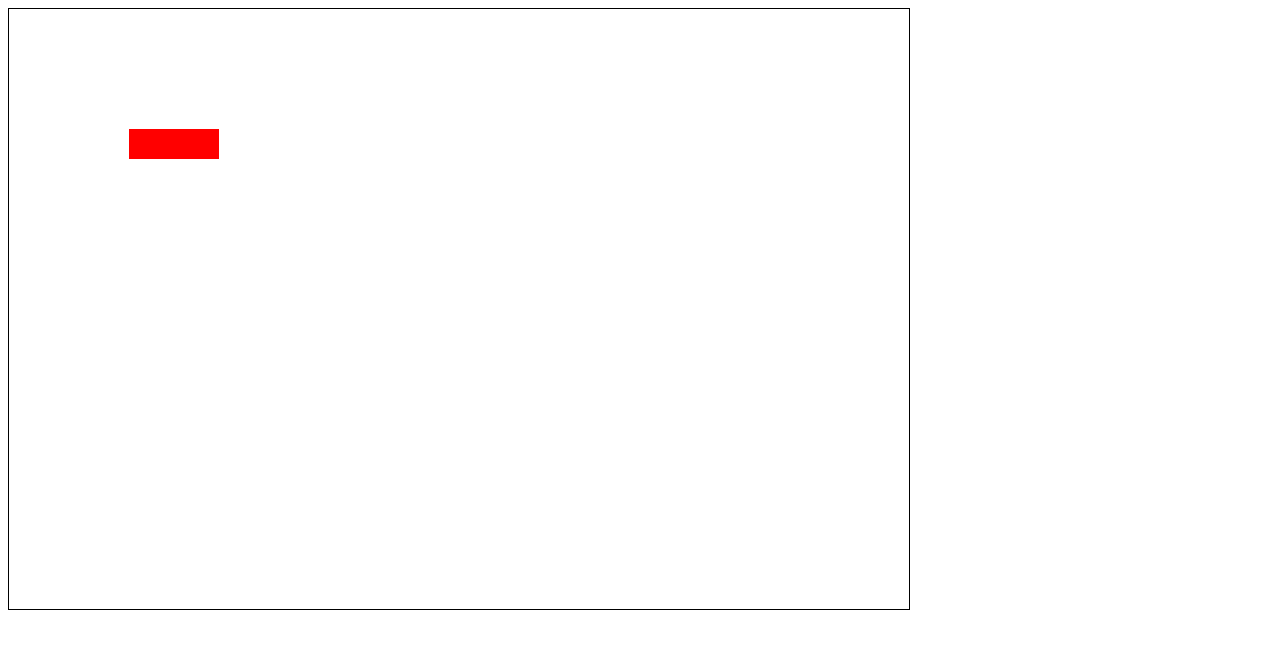
Repository: 0Memo/serpent
Page: index.html
These files come from the project's save history. The page is drawn as it stood at one moment and after the next save; the edit follows.
The browser window is 1280 px wide. The pictures show the whole page.

Above is the page before, as saved 2020-12-16 07:50:58.

### index.html
<!DOCTYPE html>
<html lang="es">
    <head>
        <meta charset="UTF-8">
        <meta name="viewport" content="width=device-width, initial-scale=1.0">
        <title>Juego de la serpiente></title>
    </head>
    <body>

        <script src="js/script.js"></script>
    </body>
</html>

### js/script.js
window.onload = function(){
    var canvasWidth = 900;
    var canvasHeight = 600;
    var blockSize = 30;
    var ctx;
    var delay = 1000;
    var snakey;

    init();

    function init(){
        var canvas = document.createElement('canvas');
        canvas.width = canvasWidth;
        canvas.height = canvasHeight;
        canvas.style.border = "1px solid";
        document.body.appendChild(canvas);
        ctx = canvas.getContext('2d');
        snakey = new Snake([[6,4], [5,4], [4,4]]);
        refreshCanvas();

    }

    function refreshCanvas(){
        ctx.clearRect(0, 0, canvasWidth, canvasHeight);
        snakey.draw();
        setTimeout(refreshCanvas,delay);
    }

    function drawBlock(ctx, position){
        var x = position[0] * blockSize;
        var y = position[1] * blockSize;
        ctx.fillRect(x, y, blockSize, blockSize);
    }

    function Snake(body) {
        this.body = body;
        this.draw = function(){
            ctx.save();
            ctx.fillStyle = "#ff0000";
            for(var i = 0; i < this.body.length; i++){
                drawBlock(ctx, this.body[i]);
            }
            ctx.restore();
        };
        this.advance = function(){
            var nextPosition = this.body[0].slice();
            nextPosition[0] += 1;
            this.body.unshift(nextPosition);
            this.body.pop();
        };
    }
}

After the next save:
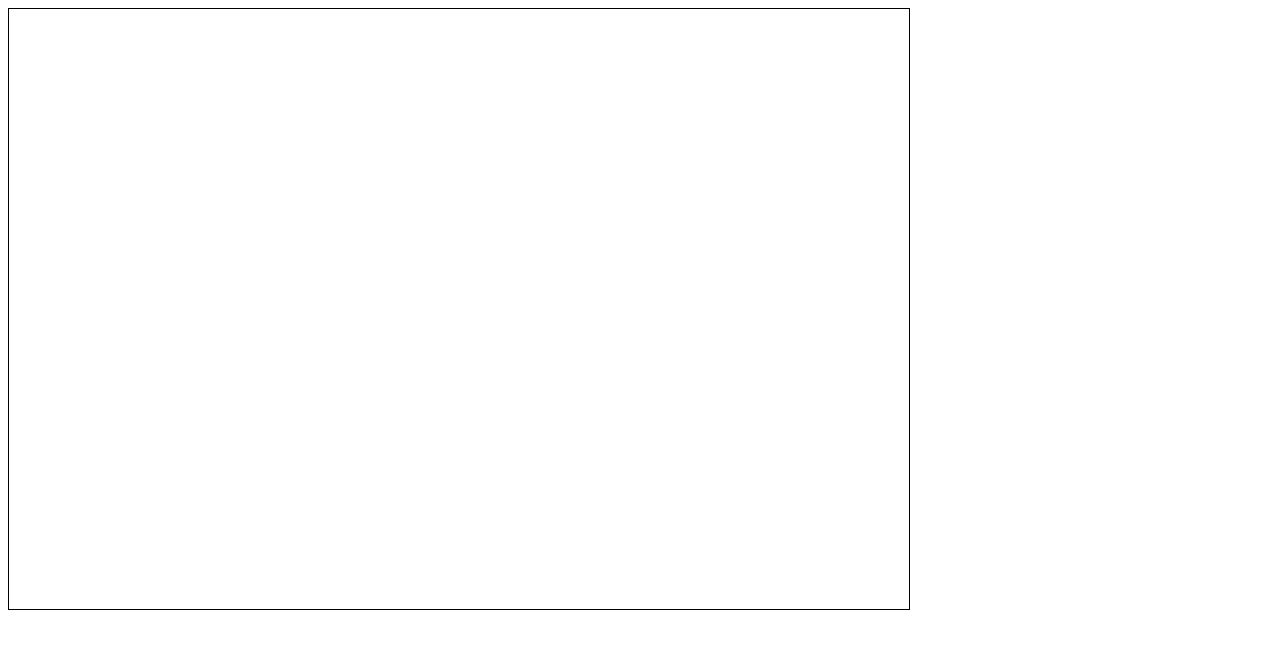
Console error: ReferenceError: snakee is not defined
Saved 45 s later.
--- a/js/script.js
+++ b/js/script.js
@@ -22,6 +22,7 @@
 
     function refreshCanvas(){
         ctx.clearRect(0, 0, canvasWidth, canvasHeight);
+        snakee.advance();
         snakey.draw();
         setTimeout(refreshCanvas,delay);
     }

After the save that followed:
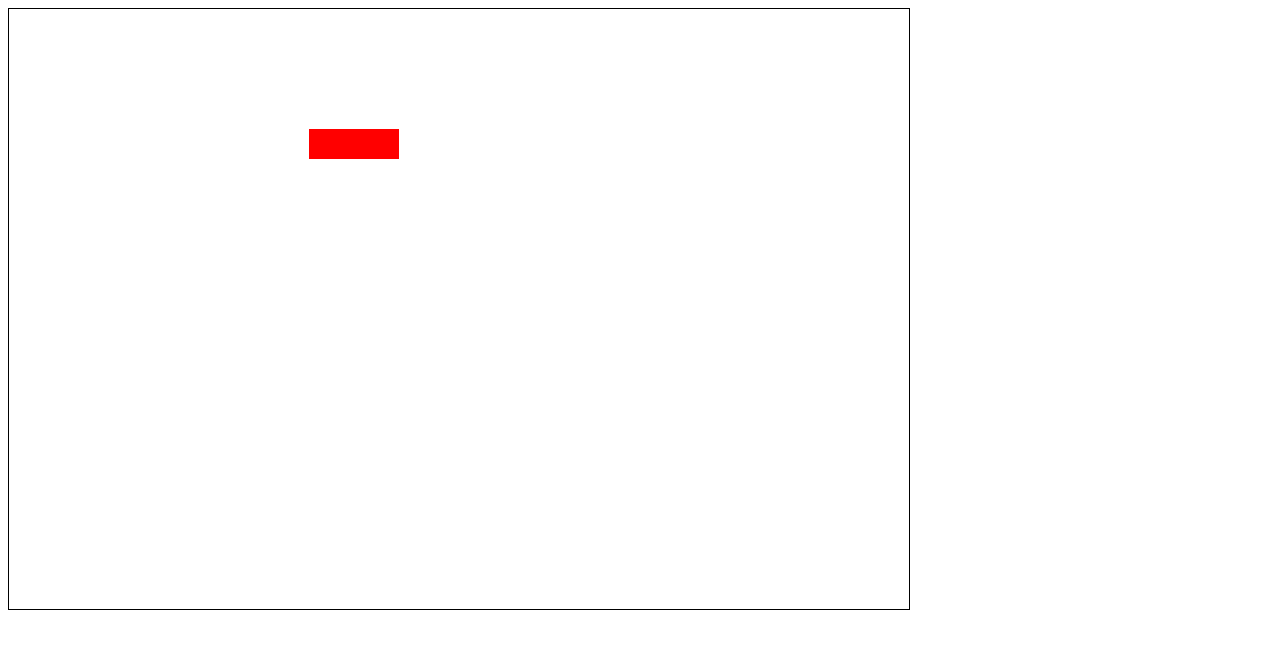
The error is gone.
Saved 23 s later.
--- a/js/script.js
+++ b/js/script.js
@@ -22,7 +22,7 @@
 
     function refreshCanvas(){
         ctx.clearRect(0, 0, canvasWidth, canvasHeight);
-        snakee.advance();
+        snakey.advance();
         snakey.draw();
         setTimeout(refreshCanvas,delay);
     }
